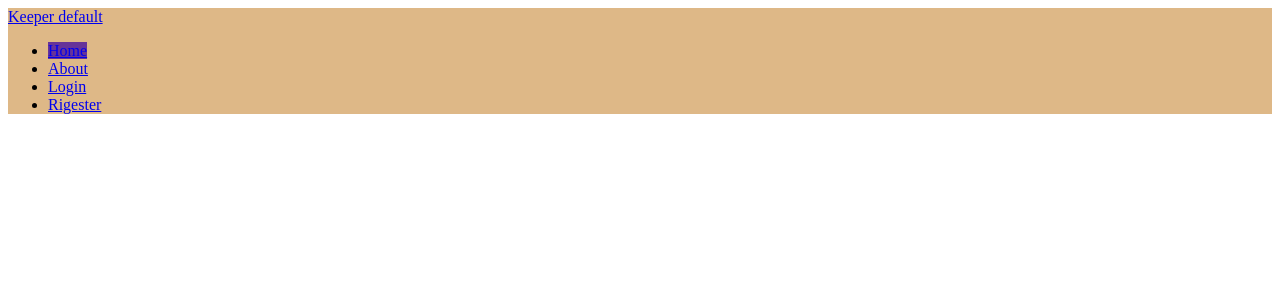
Repository: 3bdulrahman/contact-keeper
Page: / (app in client/)
An editor plug-in stored every save of this project. The page is shown before and after the next save, followed by the edit.
The browser window is 1280 px wide. The pictures show the whole page.
The project was rebuilt for these pictures with package versions that can differ from the ones it lists, and the page was loaded fresh each time.

Above is the page before, as saved 2020-03-29 20:36:35.

### client/src/App.js
import React from 'react';
import Navbar from './components/layout/Navbar'
import './App.css'
const  App = ()=> {

  return (
    <div className="App">
         <Navbar   />
    </div>
  );
}

export default App;

### client/src/components/layout/Navbar.js
import React from 'react'
import PropTypes from 'prop-types'

 const Navbar = ({title}) => {
    return (
        <nav class="navbar navbar-default">
        <div class="container-fluid">
          <div class="navbar-header">
            <a class="navbar-brand" href="#">{title}</a>
          </div>
          <ul class="nav navbar-nav">
            <li class="active"><a href="#">Home</a></li>
            <li><a href="#">About</a></li>
            <li><a href="#">Login</a></li>
            <li><a href="#">Rigester</a></li>
          </ul>
        </div>
      </nav>
    )
}

Navbar.propTypes= {
     title:PropTypes.string.isRequired
}
Navbar.defaultProps = {
     title:'Keeper default '
}

export default Navbar

### client/src/App.css
.navbar-default{
     background-color:burlywood
}
.navbar-default .navbar-nav>.active>a, .navbar-default .navbar-nav>.active>a:focus, .navbar-default .navbar-nav>.active>a:hover {
     background-color:rebeccapurple
}

Loaded but not shown: client/src/index.js (common file)

After the next save:
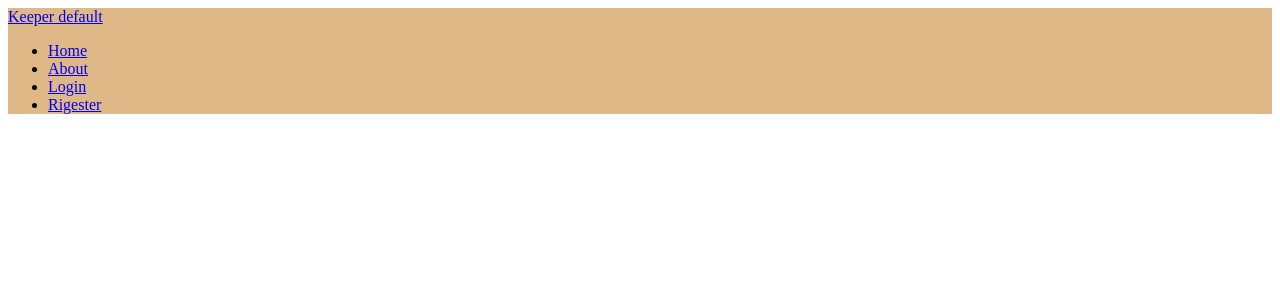
Saved 10 s later.
--- a/client/src/App.css
+++ b/client/src/App.css
@@ -2,5 +2,5 @@
      background-color:burlywood
 }
 .navbar-default .navbar-nav>.active>a, .navbar-default .navbar-nav>.active>a:focus, .navbar-default .navbar-nav>.active>a:hover {
-     background-color:rebeccapurple
+     background-color:none
 }
